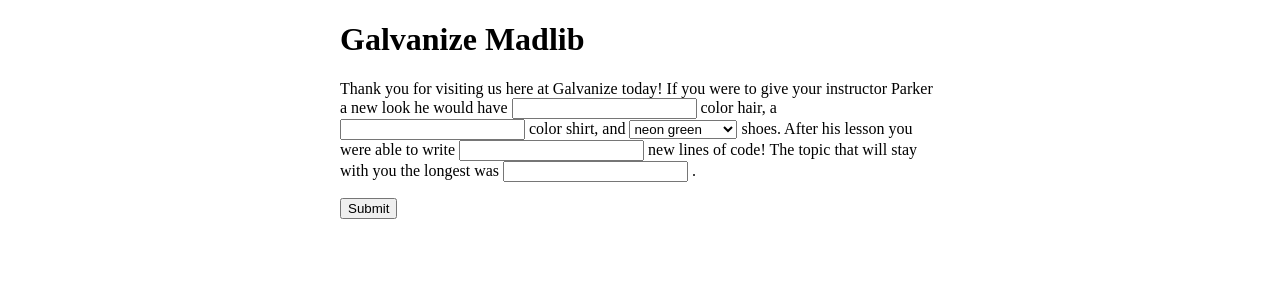
Repository: marta84/galvanize-scripted-madlib
Page: madlib.html
The author's editor kept a record of every edit. The page is drawn from the files as they stood at one moment, then again after the next edit.
The browser window is 1280 px wide. The pictures show the whole page.
Some web libraries are served in a nearby version.

Above is the page before.

### madlib.html
<!DOCTYPE html>
<html lang="en-us">
	<head>
		<meta charset="utf-8">
		<title>Galvanize Madlib</title>

		<style type="text/css">
			main {
				width: 600px;
				margin: auto;
			}
		</style>

		<script
			src="https://code.jquery.com/jquery-3.2.1.js"
			integrity="sha256-DZAnKJ/6XZ9si04Hgrsxu/8s717jcIzLy3oi35EouyE="
			crossorigin="anonymous"></script>
		<script type="text/javascript" src="script.js"></script>

	</head>

	<body>
		<main>
			<h1>Galvanize Madlib</h1>
			<p>
				Thank you for visiting us here at Galvanize today! If you were to give your instructor Parker
				a new look he would have

				<input type="text"/>

				color hair, a

				<input type="text"/>

				color shirt, and

				<select name="instructor" id="instructor">
					<option value="neon green">neon green</option>
					<option value="bright purple">bright purple</option>
					<option value="radiant orange">radiant orange</option>
				</select>

				shoes. After his lesson you were able to write

				<input type="number"/>

				new lines of code! The topic that will stay with you
				the longest was

				<input type="text"/>

				.
			</p>

			<button id="clickButton">Submit</button>
		</main>

	</body>
</html>

### script.js
$(document).ready(function() {
    $("#clickButton").on("click", function() {

        var hairColor = "red";
        var shirtColor = "yellow";
        var shoesColor = "green";
        var linesOfCode = 123;
        var linesOfCodeModifier = modifierFunc(linesOfCode);
        var lessonLearned = "jQuery"

        var returnString =      "I had a great time at Galvanize with Parker today but his look needs"
                            +   " some serious help! First off, he should dye his hair " + hairColor + "."
                            +   " He also really needs a " + shirtColor + " shirt to go with some " + shoesColor
                            +   " shoes. Aside from his outfit, he was a pretty good instructor. I was able "
                            +   " to write " + linesOfCodeModifier + " more lines of code because of our review."
                            +   " After this time at Galvanize I will never forget" + lessonLearned + " !"

        $("main").text(returnString)

    });


});

After the next edit:
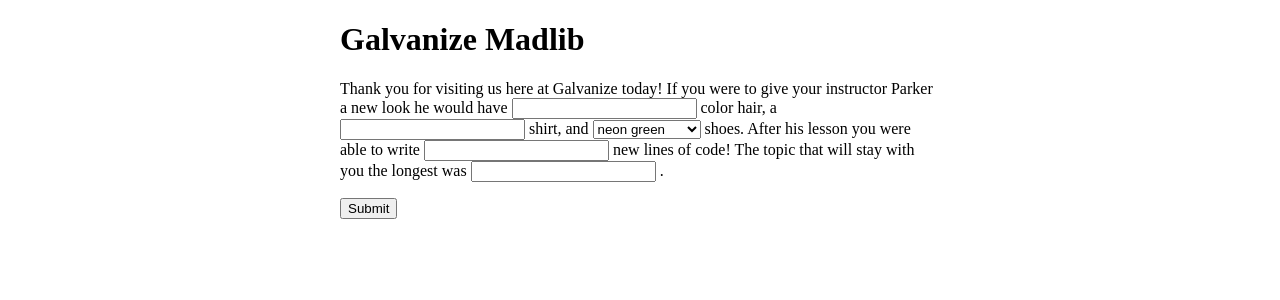
The edit:
--- a/madlib.html
+++ b/madlib.html
@@ -32,7 +32,7 @@
 
 				<input type="text"/>
 
-				color shirt, and
+				shirt, and
 
 				<select name="instructor" id="instructor">
 					<option value="neon green">neon green</option>
